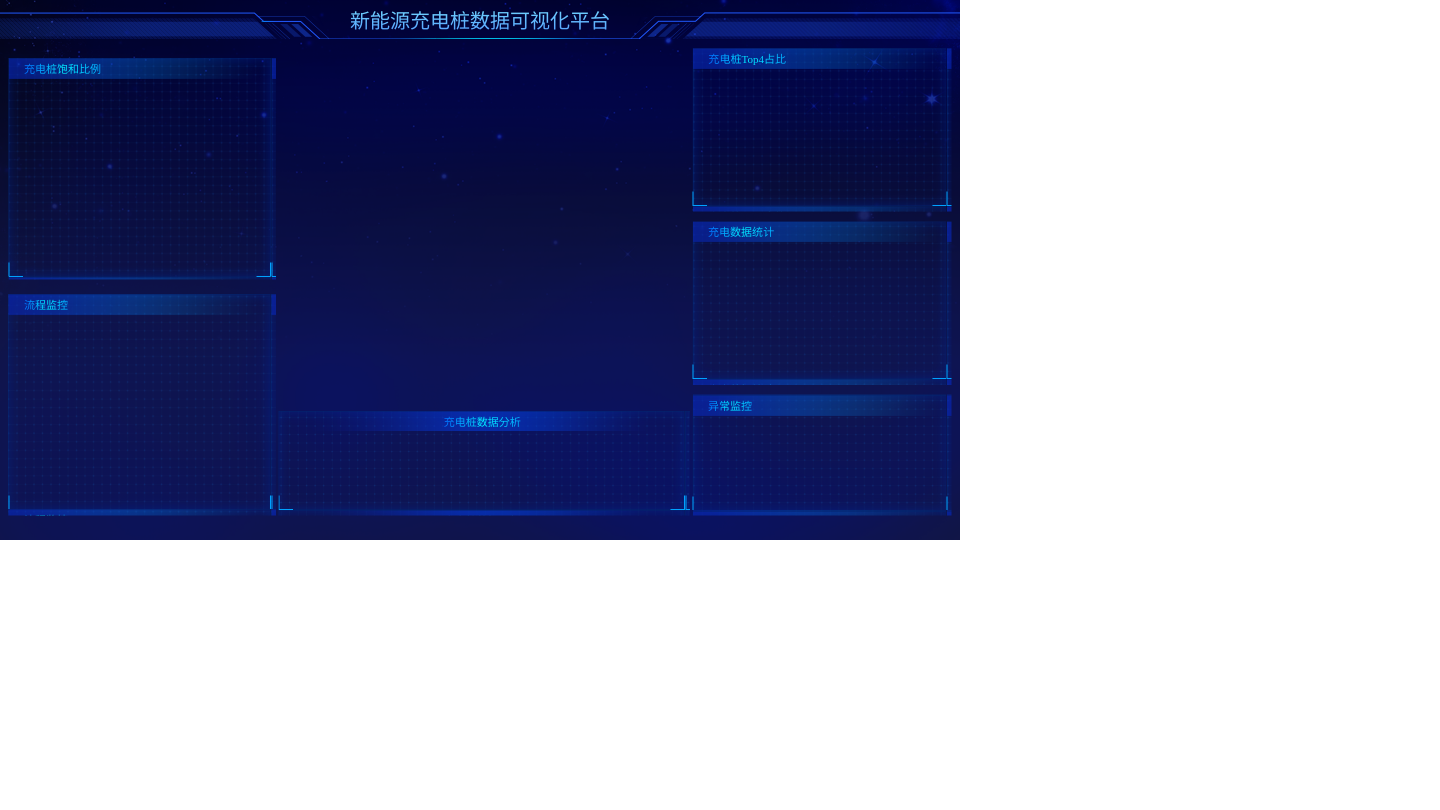
Repository: duheng678/power-screen
Page: /
The author's editor kept a copy of each file at every save. The page is drawn from the files as they stood at one save, then again after the next save.
The browser window is 1280 px wide. The page is 1280 px wide, then 1920 px, so the pictures cover 1920 px, including what lies to the right of the window. The pictures show the whole page, at 75% of full size.
The project was rebuilt for these pictures with package versions that can differ from the ones it lists, and the page was loaded fresh each time. Also part of the build but not shown: vite.config.js.

Above is the page before, as saved 2023-02-24 15:22:31.

After the next save:
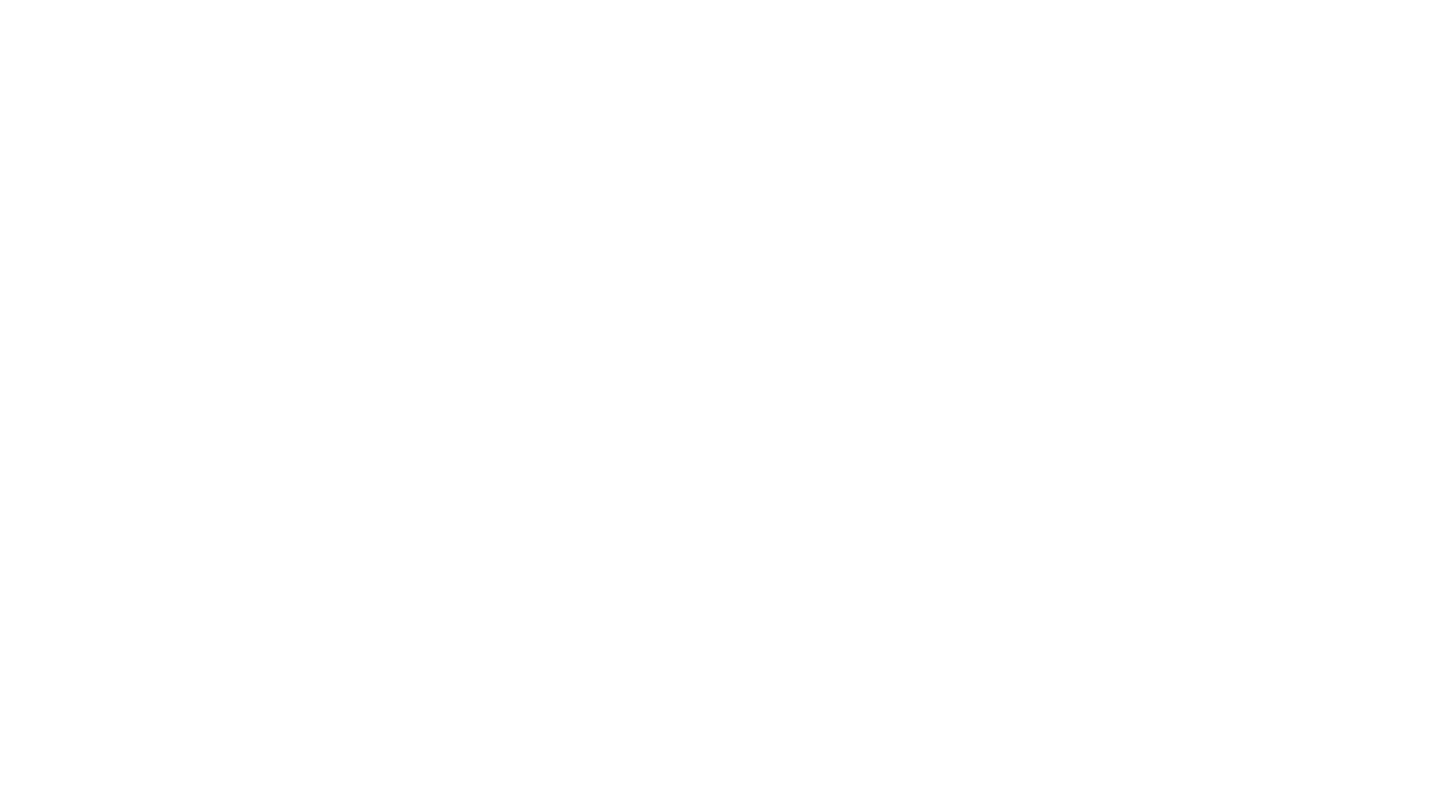
Console error: ReferenceError: triggerScale is not defined
Saved 11 s later.
--- a/src/App.vue
+++ b/src/App.vue
@@ -7,32 +7,6 @@
 import _ from "lodash";
 import { RouterView } from "vue-router";
 
-function triggerScale() {
-  // 1.设计稿的尺寸
-  let targetX = 1920;
-  let targetY = 1080;
-  let targetRatio = 16 / 9; // 宽高比率
-
-  // 2.拿到当前设备(浏览器)的宽度
-  let currentX =
-    document.documentElement.clientWidth || document.body.clientWidth;
-  let currentY =
-    document.documentElement.clientHeight || document.body.clientHeight;
-  //  1920 * 1080  -> 3840 * 2160
-
-  // 3.计算缩放比例
-  let scaleRatio = currentX / targetX; // 参照宽度进行缩放 ( 默认情况 )
-  let currentRatio = currentX / currentY; // 宽高比率
-
-  // 超宽屏
-  if (currentRatio > targetRatio) {
-    scaleRatio = currentY / targetY; // 参照高度进行缩放
-    document.body.style = `width:${targetX}px; height:${targetY}px;transform: scale(${scaleRatio}) translateX(-50%); left: 50%`;
-  } else {
-    // 4.开始缩放网页
-    document.body.style = `width:${targetX}px; height:${targetY}px; transform: scale(${scaleRatio})`;
-  }
-}
 const resizeFunc = _.throttle(triggerScale, 100);
 onMounted(() => {
   triggerScale();

After the save that followed:
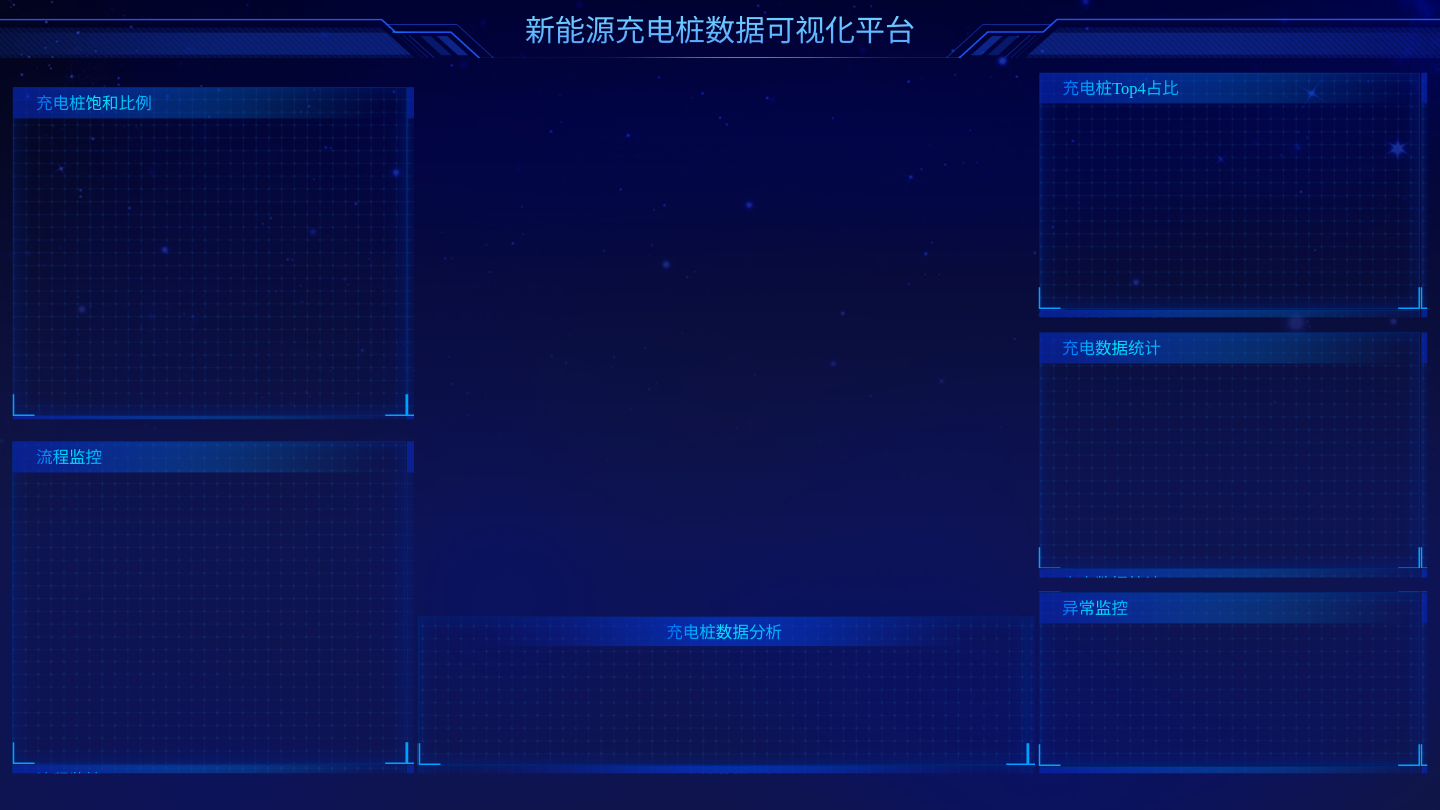
The error is gone.
Saved 49 s later.
--- a/src/App.vue
+++ b/src/App.vue
@@ -6,14 +6,5 @@
 import { onMounted, onUnmounted } from "vue";
 import _ from "lodash";
 import { RouterView } from "vue-router";
-
-const resizeFunc = _.throttle(triggerScale, 100);
-onMounted(() => {
-  triggerScale();
-  window.addEventListener("resize", resizeFunc);
-});
-onUnmounted(() => {
-  window.removeEventListener("resize", resizeFunc);
-});
 </script>
 <style scoped></style>
